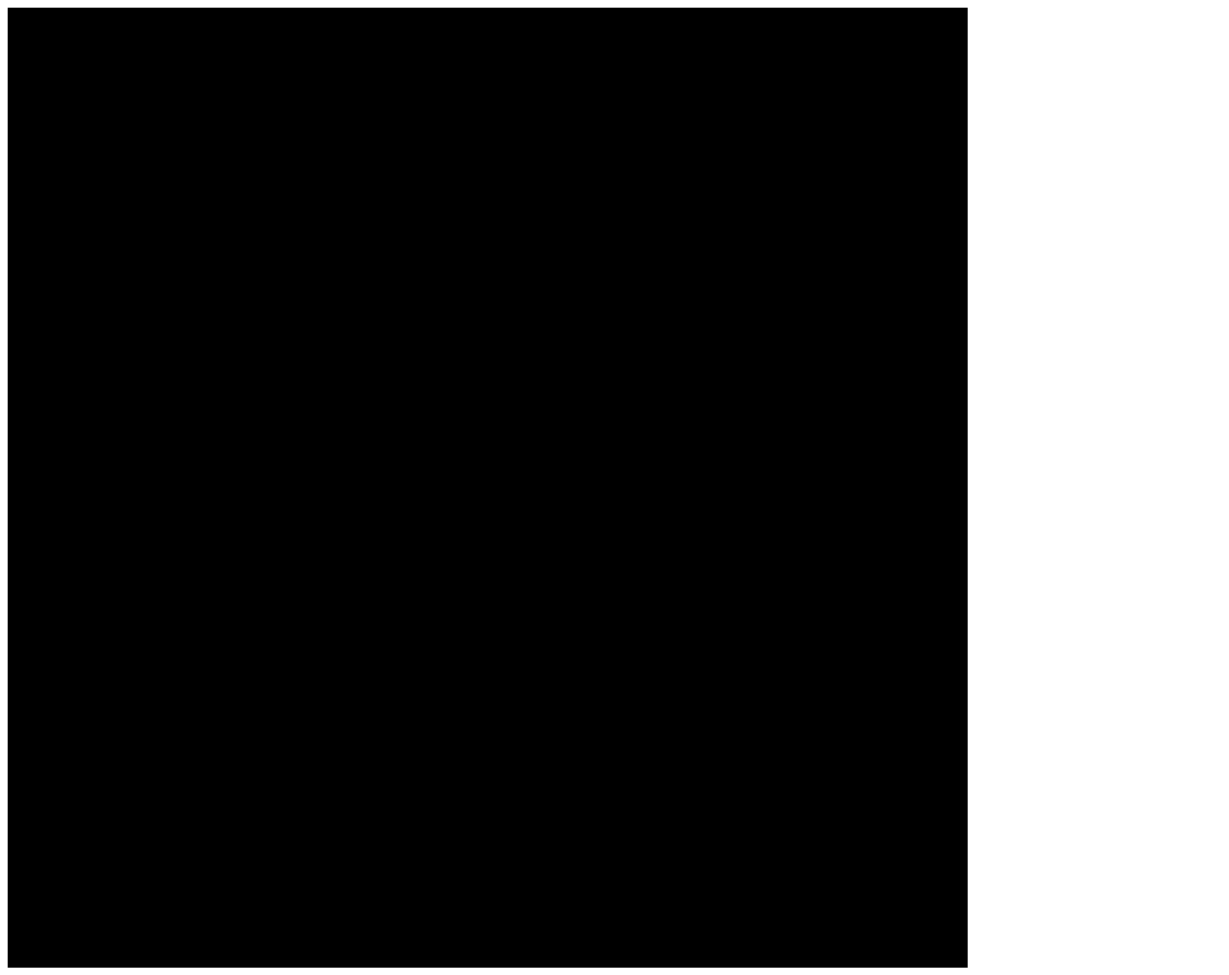
Repository: 2077Alex/Frond_End_Practice
Page: day03/01-综合案例（必做）/02-（案例）综合案例2-卡片居中案例/p.html
The author's editor kept a copy of each file at every save. The page is drawn from the files as they stood at one save, then again after the next save.
The browser window is 1280 px wide. The pictures show the whole page, at 96% of full size.

Above is the page before, as saved 2024-06-02 16:16:39.

### day03/01-综合案例（必做）/02-（案例）综合案例2-卡片居中案例/p.html
<!DOCTYPE html>
<html lang="en">

<head>
    <meta charset="UTF-8">
    <meta name="viewport" content="width=device-width, initial-scale=1.0">
    <title>Document</title>
</head>

<style>
    .goods{
        color: black;
        height: 500;
    }
    div{
        background-color: black;
        height: 1000px;
        width: 1000px;
    }
</style>

<body>
    <div class="goods"></div>
</body>

</html>

After the next save:
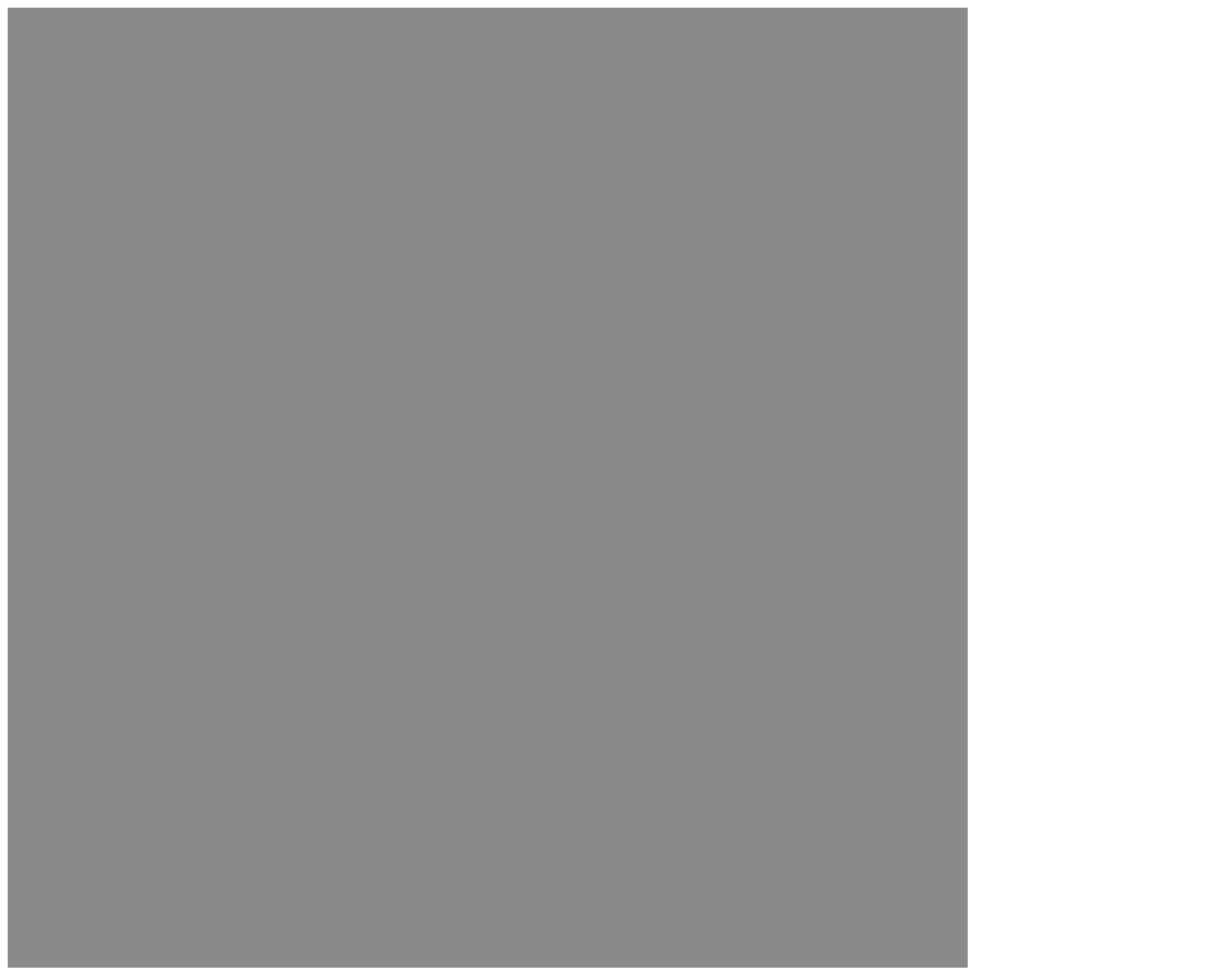
Saved 16 s later.
--- a/day03/01-综合案例（必做）/02-（案例）综合案例2-卡片居中案例/p.html
+++ b/day03/01-综合案例（必做）/02-（案例）综合案例2-卡片居中案例/p.html
@@ -13,7 +13,7 @@
         height: 500;
     }
     div{
-        background-color: black;
+        background-color: rgb(139, 138, 138);
         height: 1000px;
         width: 1000px;
     }
